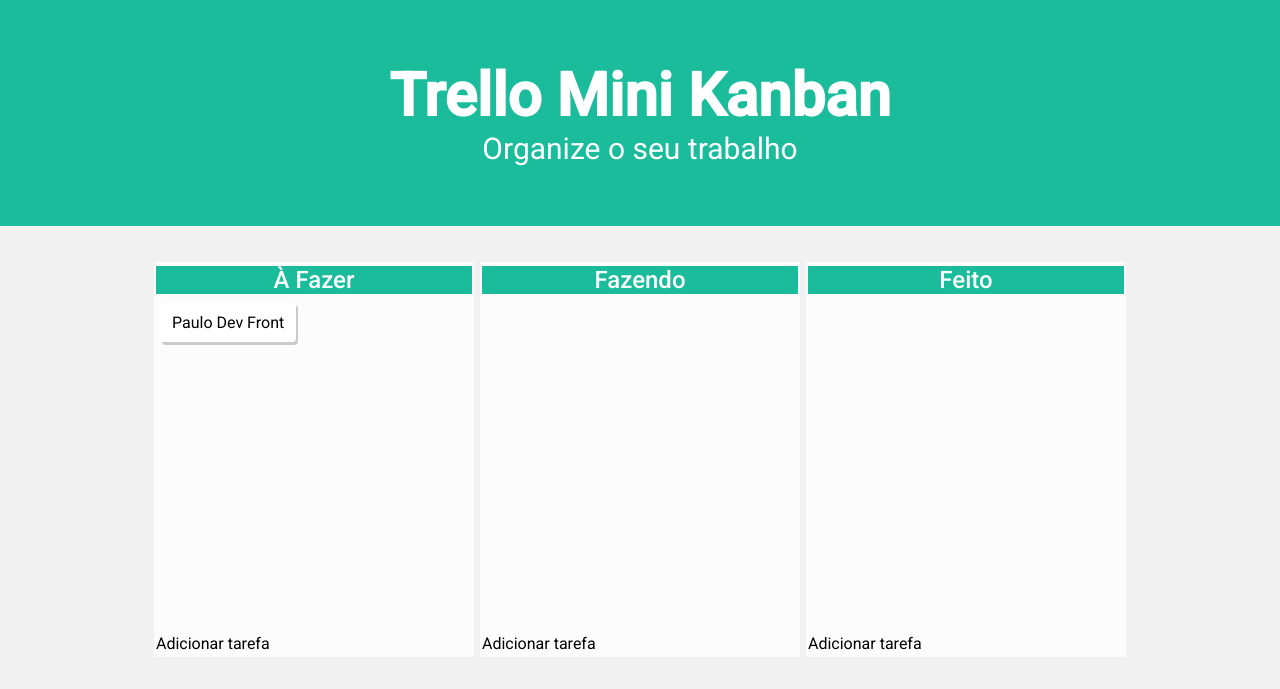
Repository: douglasabnovato/byteclass
Page: trello-mini-kanban/index.html
An editor plug-in stored every save of this project. The page is shown before and after the next save, followed by the edit.
The browser window is 1280 px wide. The pictures show the whole page.

Above is the page before, as saved 2025-07-31 21:22:33.

### trello-mini-kanban/index.html
<!DOCTYPE html>
<html>
  <head>
    <meta charset="UTF-8" />
    <meta http-equiv="X-UA-Compatible" content="IE=edge" />
    <meta name="viewport" content="width=device-width, initial-scale=1.0" />
    <link
      rel="stylesheet"
      href="https://cdnjs.cloudflare.com/ajax/libs/font-awesome/4.7.0/css/font-awesome.min.css"
    />
    <title>Trello Mini Kanban</title>
    <link rel="stylesheet" href="./style.css" />
  </head>

  <body>
    <div id="home" class="container content">
      <header>
        <h1>Trello Mini Kanban</h1>
        <p>Organize o seu trabalho</p>
      </header>

      <main>
        <div class="board">
          <h3 class="title">À Fazer</h3>
          <ul
            id="a-fazer"
            class="todo-list"
            ondrop="drop(event, this.id)"
            ondragover="over(event)"
          >
            <li>Paulo Dev Front</li>
          </ul>
          <div class="add-card" onclick="addCard(this)">
            <p>Adicionar tarefa</p>
          </div>
        </div>

        <div class="board">
          <h3 class="title">Fazendo</h3>
          <ul
            id="fazendo"
            class="todo-list"
            ondrop="drop(event, this.id)"
            ondragover="over(event)"
          ></ul>
          <div class="add-card" onclick="addCard(this)">
            <p>Adicionar tarefa</p>
          </div>
        </div>

        <div class="board">
          <h3 class="title">Feito</h3>
          <ul
            id="feito"
            class="todo-list"
            ondrop="drop(event, this.id)"
            ondragover="over(event)"
          ></ul>
          <div class="add-card" onclick="addCard(this)">
            <p>Adicionar tarefa</p>
          </div>
        </div>
      </main>
    </div>

    <script src="./script.js"></script>
  </body>
</html>

### trello-mini-kanban/style.css
@import url("https://fonts.googleapis.com/css2?family=Roboto:wght@100;300;400;500&display=swap");

* {
  box-sizing: border-box;
  margin: 0;
}

body {
  background-color: #f1f1f1;
  font-family: "Roboto", sans-serif;
}

header {
  padding: 60px;
  text-align: center;
  background: #1abc9c;
  color: white;
  font-size: 30px;
}

main {
  display: flex;
  flex-wrap: wrap;
  justify-content: center;
  padding-block: 36px;
  gap: 6px;
}

.board {
  display: flex;
  flex-direction: column;
  gap: 4px;
  padding-block: 4px;
  padding-inline: 2px;
  width: 320px;
  background-color: rgba(255, 255, 255, 0.8);
}

.board .title {
  background-color: #1abc9c;
  color: white;
  text-align: center;
  font-size: 24px;
  font-weight: 500;
}

.board ul {
  display: flex;
  flex-wrap: wrap;
  align-content: flex-start;
  min-height: 332px;
  padding: 4px;
  list-style-type: none;
  gap: 4px 10px;
}

.board ul li {
  display: flex;
  justify-content: space-between;
  align-items: center;
  min-width: 100px;
  height: 40px;
  padding: 8px 12px;
  background-color: rgba(255, 255, 255, 0.873);
  box-shadow: 2px 3px rgba(0, 0, 0, 0.2);
  border-radius: 4px;
}

/*

.board li:hover {
  cursor: move;
  background-color: rgba(200, 200, 200, 0.5);
  box-shadow: 2px 2px rgba(0, 0, 0, 0.4);
}

.board .todo-list .remove {
  width: 16px;
  height: 16px;
  border-radius: 50%;
  text-align: center;
  font-size: 12px;
  color: #c3c3c3;
}

.board .todo-list .remove:hover {
  cursor: pointer;
  background-color: lightcoral;
}

.board .add-card {
  background-color: rgba(200, 200, 200, 0.8);
  border-radius: 2px;
  box-shadow: 2px 2px rgba(0, 0, 0, 0.2);
  margin: 4px 4px;
}

.board .add-card:hover {
  background-color: rgba(192, 182, 182, 0.95);
  cursor: pointer;
  box-shadow: 2px 2px rgba(0, 0, 0, 0.4);
}

.board .add-card p {
  font-size: 16px;
  padding: 15px 10px;
  font-weight: 100;
}
*/

### trello-mini-kanban/script.js

// function addCard(element) {
//   const ulId = element.previousElementSibling.id;
//   const text = prompt("Qual é a tarefa?");
//   const board = document.getElementById(ulId);

//   const template = `
//     <li id="${new Date().getTime()}" draggable="true" ondragstart="drag(event)">
//         <p>${text}</p>
//         <p class="remove" onclick="removeCard(this)">x</p>
//     </li>
//   `;

//   board.innerHTML += template;
// }

// /* remover uma tarefa */
// function removeCard(element) {
//   document.getElementById(element.parentElement.id).remove();
// }

// /* arrastar uma tarefa entre os quadros */
// function drag(event) {
//   event.dataTransfer.setData("card", event.target.id);
// }

// function over(event) {
//   event.preventDefault();
// }

// function drop(event, id) {
//   event.preventDefault();

//   const target = document.getElementById(id);
//   const data = event.dataTransfer.getData("card");
//   const card = document.getElementById(data);

//   target.appendChild(card);
//   event.dataTransfer.clearData();
// }

After the next save:
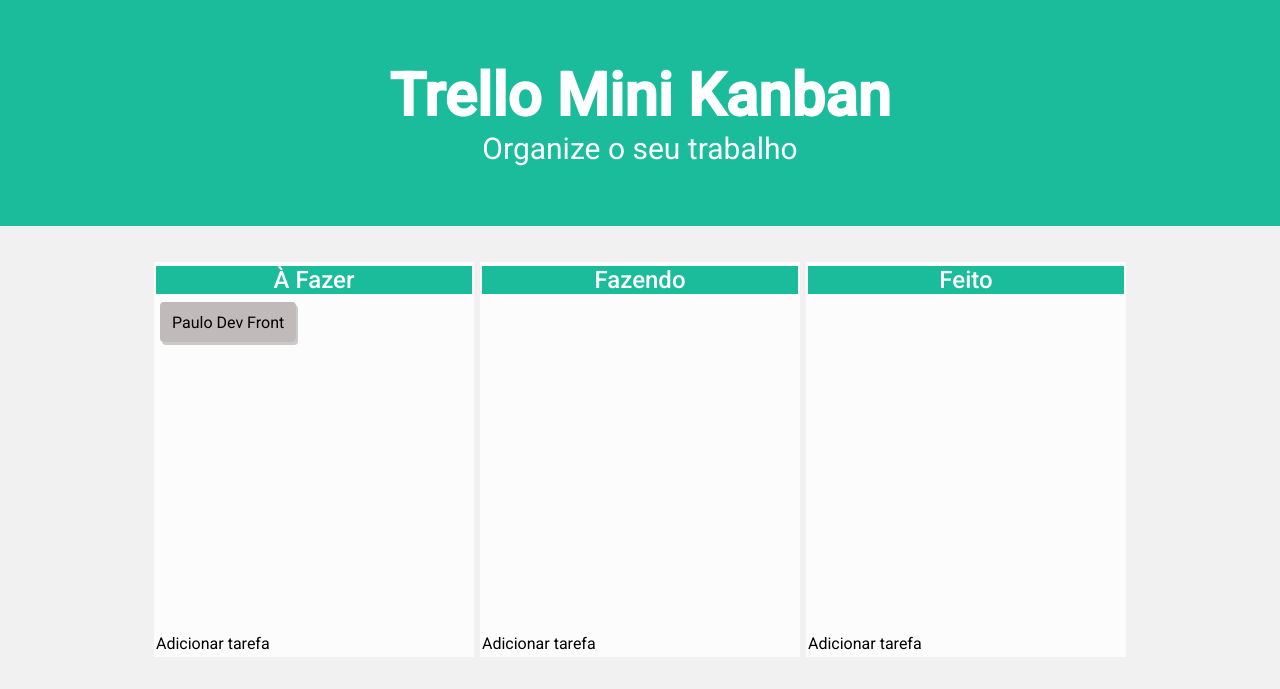
Saved 14 s later.
--- a/trello-mini-kanban/style.css
+++ b/trello-mini-kanban/style.css
@@ -61,7 +61,7 @@
   min-width: 100px;
   height: 40px;
   padding: 8px 12px;
-  background-color: rgba(255, 255, 255, 0.873);
+  background-color: rgba(185, 177, 177, 0.873);
   box-shadow: 2px 3px rgba(0, 0, 0, 0.2);
   border-radius: 4px;
 }
